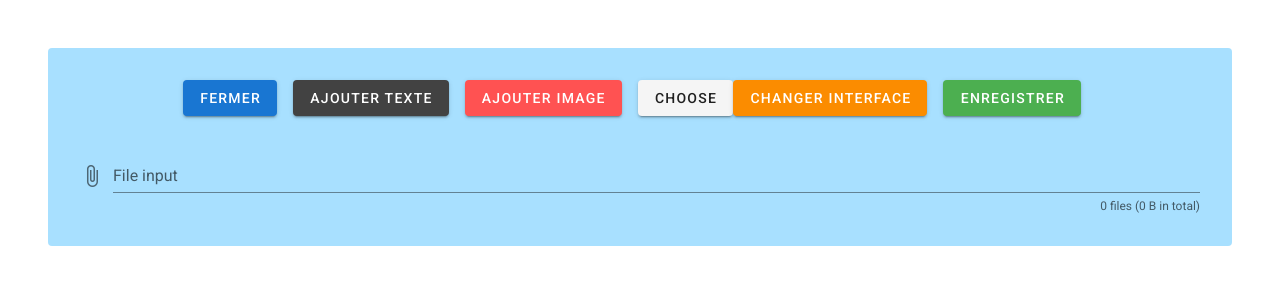
Repository: Hamagistral/BannerApp-Vue
Page: /#/dynamicPage
The author's editor kept a copy of each file at every save. The page is drawn from the files as they stood at one save, then again after the next save.
The browser window is 1280 px wide. The pictures show the whole page.
The project was rebuilt for these pictures with package versions that can differ from the ones it lists, and the page was loaded fresh each time. Also part of the build but not shown: vue.config.js, src/components/WidgetText.vue, src/components/WidgetImage.vue, src/components/Home.vue.

Above is the page before, as saved 2023-02-07 01:49:36.

### public/index.html
<!DOCTYPE html>
<html lang="en">
  <head>
    <meta charset="utf-8">
    <meta http-equiv="X-UA-Compatible" content="IE=edge">
    <meta name="viewport" content="width=device-width,initial-scale=1.0">
    <link rel="icon" href="<%= BASE_URL %>favicon.ico">
    <title>Banner App</title>
    <link rel="stylesheet" href="https://fonts.googleapis.com/css?family=Roboto:100,300,400,500,700,900">
    <link rel="stylesheet" href="https://cdn.jsdelivr.net/npm/@mdi/font@latest/css/materialdesignicons.min.css">
  </head>
  <body>
    <noscript>
      <strong>We're sorry but Banner App doesn't work properly without JavaScript enabled. Please enable it to continue.</strong>
    </noscript>
    <div id="app"></div>
    <!-- built files will be auto injected -->
  </body>
</html>

### src/App.vue
<template>
  <v-app>
    <v-main>
      <v-container class="pa-12" fluid>
        <router-view align="center" justify="center" ></router-view>
      </v-container>
    </v-main>
  </v-app>
</template>

<script>

export default {
  name: "App",
  components: {},
};
</script>

### src/router/index.js
import Vue from 'vue'
import VueRouter from 'vue-router'
import DynamicPage from '../components/DynamicPage'
import Home from "../components/Home";

Vue.use(VueRouter)

const routes = [
  {
    path: '/',
    name: 'home',
    component: Home
  },
  {
    path: '/dynamicPage',
    name: 'dynamicPage',
    component: DynamicPage
  },

]
const router = new VueRouter({
  routes
})

export default router

### src/components/DynamicPage.vue
<template>
  <div>
    <template>
      <v-form class="primary pa-8 lighten-4 rounded" ref="form" v-model="valid" lazy-validation>
        <v-btn color="primary" class="mr-4">
          Fermer
        </v-btn>

        <v-btn color="secondary" class="mr-4" @click="addMore()">
          Ajouter Texte
        </v-btn>

        <v-btn color="error" class="mr-4" @click="addImage()">
          Ajouter Image
        </v-btn>

        <v-btn>
              Choose
              <template v-slot:append>
                <v-menu v-model="menu" top nudge-bottom="105" nudge-left="16" :close-on-content-click="false">
                  <template v-slot:activator="{ on }">
                    <div :style="swatchStyle" v-on="on" />
                  </template>
                  <v-card>
                    <v-card-text class="pa-0">
                      <v-color-picker v-model="color" flat />
                    </v-card-text>
                  </v-card>
                </v-menu>
              </template>
        </v-btn>

        <v-btn color="warning" class="mr-4">
          Changer Interface
        </v-btn>

        <v-btn color="success" class="mr-4">
          Enregistrer
        </v-btn>


        <template>
          <v-file-input
            show-size
            counter
            multiple
            label="File input"
            v-model="chosenFile"
            class="mt-8"
          ></v-file-input>
        </template>
      </v-form>
    </template>

    <div v-for="(course, index) in courses" :key="`text-${index}`">
      <WidgetText></WidgetText>
    </div>
    <div v-for="(file, index) in previewImages" :key="`image-${index}`">
      <WidgetImage :previews="file" vif="file"></WidgetImage>
    </div>
  </div>
</template>

<script>
import WidgetText from "./WidgetText";
import WidgetImage from "./WidgetImage";

export default {
  name: "dynamicPage",
  components: {
    WidgetText,
    WidgetImage,
  },
  props: {
    msg: String,
  },
  data() {
    return {
      chosenFile: null,
      valid: false,

      preview: [
        {
          name: "AAA.jpg",
          chosenFile: "yasser",
        },
      ],

      previewImages: [],
      courses: 0,
      color: '#1976D2FF',
      mask: '!#XXXXXXXX',
      menu: false,
    };
  },
  watch: {
    chosenFile: {
      handler(nw, od) {
        console.log(nw);
      },
      deep: true,
    },
  },
  methods: {
    clean() {
      this.chosenFile = null;
    },
    addMore() {
      this.courses += 1;
    },
    addImage() {
      if(this.chosenFile) {
      this.previewImages.push(...this.chosenFile);
      this.clean();
      } else {
        alert('Erreur, Veuillez choisir !')
      }
    },
  },
  computed: {
    swatchStyle() {
      const { color, menu } = this
      return {
        backgroundColor: color,
        cursor: 'pointer',
        height: '30px',
        width: '30px',
        borderRadius: menu ? '50%' : '4px',
        transition: 'border-radius 200ms ease-in-out'
      }
    },
  },
};
</script>

Loaded but not shown: src/main.js (common file); src/store/index.js (common file); src/plugins/vuetify.js (common file)

After the next save:
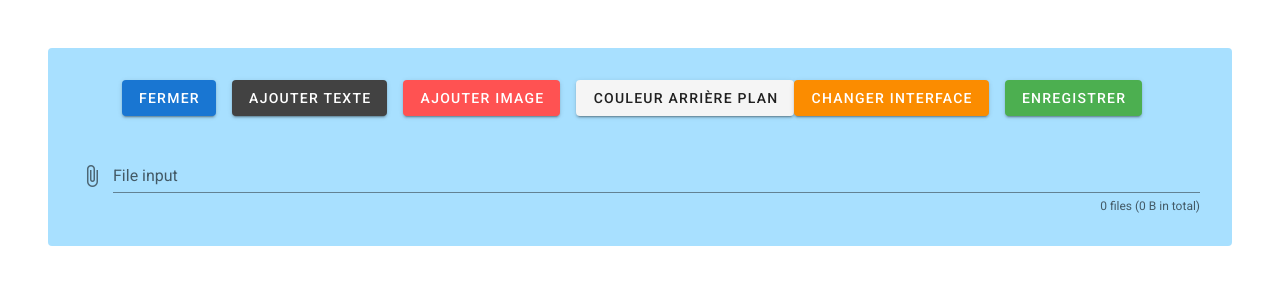
Saved 12 s later.
--- a/src/components/DynamicPage.vue
+++ b/src/components/DynamicPage.vue
@@ -15,7 +15,7 @@
         </v-btn>
 
         <v-btn>
-              Choose
+              Couleur Arrière Plan
               <template v-slot:append>
                 <v-menu v-model="menu" top nudge-bottom="105" nudge-left="16" :close-on-content-click="false">
                   <template v-slot:activator="{ on }">
